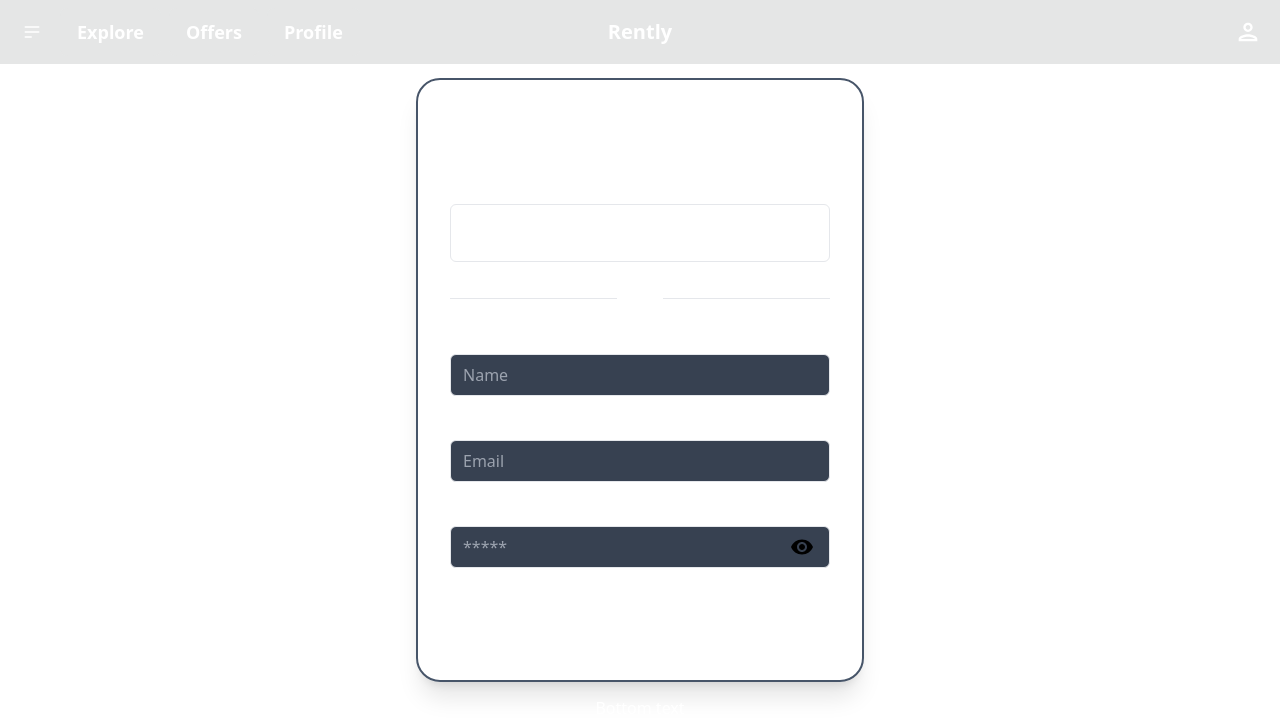
Repository: Vasil1001/rently-reactjs
Page: /register
An editor plug-in stored every save of this project. The page is shown before and after the next save, followed by the edit.
The browser window is 1280 px wide. The pictures show the whole page.
The project was rebuilt for these pictures with package versions that can differ from the ones it lists, and the page was loaded fresh each time. Also part of the build but not shown: vite.config.js, src/pages/auth/Login.jsx, src/pages/auth/ForgotPassword.jsx, src/pages/auth/Profile.jsx, src/pages/Explore.jsx, src/pages/Offers.jsx.

Above is the page before, as saved 2023-02-11 23:52:00.

### index.html
<!DOCTYPE html>
<html lang="en">
  <head>
    <meta charset="UTF-8" />
    <link rel="icon" type="image/svg+xml" href="./public/favicon.ico" />
    <meta name="viewport" content="width=device-width, initial-scale=1.0" />
    <title>Rently Marketplace</title>
  </head>
  <body>
    <div id="root"></div>
    <script type="module" src="/src/main.jsx"></script>
  </body>
</html>

### src/App.jsx
import "./index.css";
import Login from "./pages/auth/Login";
import { BrowserRouter as Router, Routes, Route } from "react-router-dom";
import ForgotPassword from "./pages/auth/ForgotPassword";
import Profile from "./pages/auth/Profile";
import Explore from "./pages/Explore";
import Offers from "./pages/Offers";
import Register from "./pages/auth/Register";
import Navbar from "./components/Navbar";
import { ToastContainer } from "react-toastify";
import "react-toastify/dist/ReactToastify.css";
function App() {
  return (
    <>
      <Router>
        <div className="flex flex-col min-h-screen items-center text-white justify-between dark:bg-[#1a1b1e]">
          <Navbar />

          <Routes>
            <Route path="/" element={<Explore />} />
            <Route path="/login" element={<Login />} />
            <Route path="/register" element={<Register />} />
            <Route path="/forgot-password" element={<ForgotPassword />} />
            <Route path="/profile" element={<Profile />} />
            <Route path="/offers" element={<Offers />} />
          </Routes>

          <div>Bottom text</div>
        </div>
      </Router>

      <ToastContainer
        position="top-center"
        autoClose={4500}
        hideProgressBar={false}
        newestOnTop={false}
        closeOnClick
        rtl={false}
        pauseOnFocusLoss
        draggable
        pauseOnHover
        theme="light"
      />
    </>
  );
}

export default App;

### src/index.css
@tailwind base;
@tailwind components;
@tailwind utilities;

body {
    background-color: (60,50,10);
}

### src/pages/auth/Register.jsx
import React, { useState } from "react";
import { Link, useNavigate } from "react-router-dom";
import visibilityIcon from "../../assets/svg/visibilityIcon.svg";
import {
  getAuth,
  createUserWithEmailAndPassword,
  updateProfile,
} from "firebase/auth";
import { db } from "../../firebase.config";
import { setDoc, serverTimestamp } from "firebase/firestore";
import { toast } from 'react-toastify'

export default function Register() {
  const [showPassword, setShowPassword] = useState(false);
  const [formData, setFormData] = useState({
    name: "",
    email: "",
    password: "",
  });
  const { name, email, password } = formData;
  const navigate = useNavigate();
  const onChange = (e) => {
    setFormData(() => ({
      ...formData,
      [e.target.id]: e.target.value,
    }));
  };

  const onSubmit = async (e) => {
    e.preventDefault()

    try {
      const auth = getAuth()

      const userCredential = await createUserWithEmailAndPassword(
        auth,
        email,
        password
      )

      const user = userCredential.user

      updateProfile(auth.currentUser, {
        displayName: name,
      })

      const formDataCopy = { ...formData }
      delete formDataCopy.password
      formDataCopy.timestamp = serverTimestamp()
      navigate('/')
      await setDoc(doc(db, 'users', user.uid), formDataCopy)


    } catch (error) {
      toast.error("Something went wrong with registration")
    }
  }

  return (
    <div className="w-full max-w-md p-4 rounded-3xl border-2 border-slate-600 shadow-xl  sm:p-8 dark:bg-base-300 dark:text-gray-100">
      <h2 className="mb-3 text-3xl font-semibold text-center">Sign up</h2>
      <p className="text-sm text-center dark:text-gray-300">
        Already have an account?&nbsp;&nbsp;&nbsp;
        <Link to="/login">
          <span className="focus:underline hover:underline ">Sign in here</span>
        </Link>
      </p>

      <div className="my-6 space-y-4">
        <button
          aria-label="Login with Google"
          type="button"
          className="flex items-center justify-center hover:bg-[#1e2d58] w-full p-4 space-x-4 border rounded-md focus:ring-2 focus:ring-offset-1 dark:border-gray-400 focus:ring-violet-400"
        >
          <svg
            xmlns="http://www.w3.org/2000/svg"
            viewBox="0 0 32 32"
            className="w-5 h-5 fill-current"
          >
            <path d="M16.318 13.714v5.484h9.078c-0.37 2.354-2.745 6.901-9.078 6.901-5.458 0-9.917-4.521-9.917-10.099s4.458-10.099 9.917-10.099c3.109 0 5.193 1.318 6.38 2.464l4.339-4.182c-2.786-2.599-6.396-4.182-10.719-4.182-8.844 0-16 7.151-16 16s7.156 16 16 16c9.234 0 15.365-6.49 15.365-15.635 0-1.052-0.115-1.854-0.255-2.651z"></path>
          </svg>
          <p>Sign up with Google</p>
        </button>
      </div>

      <div className="flex items-center w-full my-4">
        <hr className="w-full dark:text-gray-400" />
        <p className="px-3 dark:text-gray-400">OR</p>
        <hr className="w-full dark:text-gray-400" />
      </div>

      <form
        onSubmit={onSubmit}
        className="space-y-8 ng-untouched ng-pristine ng-valid"
      >
        <div className="space-y-4">
          <div className="space-y-2">
            <label htmlFor="name" className="block text-sm">
              Name
            </label>
            <input
              type="text"
              id="name"
              placeholder="Name"
              value={name}
              onChange={onChange}
              className="w-full px-3 py-2 border rounded-md dark:border-gray-700  dark:text-gray-100 focus:dark:border-violet-400 bg-gray-700 hover:bg-gray-600"
            />
          </div>
          <div className="space-y-2">
            <label htmlFor="email" className="block text-sm">
              Email address
            </label>
            <input
              type="email"
              id="email"
              placeholder="Email"
              value={email}
              onChange={onChange}
              className="w-full px-3 py-2 border rounded-md dark:border-gray-700  dark:text-gray-100 focus:dark:border-violet-400 bg-gray-700 hover:bg-gray-600"
            />
          </div>

          <div className="space-y-2 relative">
            <div className="flex justify-between">
              <label htmlFor="password" className="text-sm">
                Password
              </label>
            </div>
            <div className="flex ">
              <input
                type={showPassword ? "text" : "password"}
                id="password"
                placeholder="*****"
                value={password}
                onChange={onChange}
                className="w-full px-3 py-2 border rounded-md dark:border-gray-700 dark:text-gray-100 focus:dark:border-violet-400 bg-gray-700 hover:bg-gray-600"
              ></input>
              <div className="absolute inset-y-0 right-0 pr-4 pt-7 flex items-center text-sm leading-5">
                <img
                  src={visibilityIcon}
                  alt="show password"
                  className="showPassword fill-cyan-500 pointer fill-white cursor-pointer"
                  onClick={() => setShowPassword((prevState) => !prevState)}
                />
              </div>
            </div>
          </div>
        </div>
        <button
          className="w-full px-8 py-3 font-semibold rounded-md text-white dark:bg-[#ed3975] dark:text-gray-900 hover:bg-[#ee7bf8]"
        >
          Sign up
        </button>
      </form>

      <div>
        <header></header>
      </div>
    </div>
  );
}

### src/components/Navbar.jsx
import React from "react";
import { useNavigate, useLocation } from "react-router-dom";
import { ReactComponent as OfferIcon } from "../assets/svg/localOfferIcon.svg";
import { ReactComponent as ExploreIcon } from "../assets/svg/exploreIcon.svg";
import { ReactComponent as PersonOutlineIcon } from "../assets/svg/personOutlineIcon.svg";

export default function Navbar() {
  const navigate = useNavigate();
  const location = useLocation();

  const pathMatchRoute = (route) => {
    if (route === location.pathname) return true;
  };

  return (
    <div className="navbar bg-base-300">
      <div className="navbar-start">
        <div className="dropdown ">
          <label tabIndex={0} className="btn btn-ghost btn-circle">
            <svg
              xmlns="http://www.w3.org/2000/svg"
              className="h-5 w-5"
              fill="none"
              viewBox="0 0 24 24"
              stroke="currentColor"
            >
              <path
                strokeLinecap="round"
                strokeLinejoin="round"
                strokeWidth="2"
                d="M4 6h16M4 12h16M4 18h7"
              />
            </svg>
          </label>
          <ul
            tabIndex={0}
            className="menu dropdown-content compact mt-3 p-2 shadow bg-base-100 rounded-box w-52"
          >
            <li>
              <a
                className={
                  pathMatchRoute("/")
                    ? "bg-[#2e5590] hover:bg-[#1b4584] mb-1"
                    : " mb-1 bg-base-300 hover:bg-[#3b414a] active:bg-[#2d4b73]"
                }
                onClick={() => navigate("/")}
              >
                <ExploreIcon
                  fill={pathMatchRoute("/") ? "#fec826" : "#9f9f9f"}
                  width="2em"
                  height="2em"
                />
                <p>Explore</p>
              </a>
            </li>
            <li>
              <a
                className={
                  pathMatchRoute("/offers")
                    ? "bg-[#2e5590] hover:bg-[#1b4584] my-1"
                    : " my-1 bg-base-300 hover:bg-[#3b414a] active:bg-[#2d4b73]"
                }
                onClick={() => navigate("/offers")}
              >
                <OfferIcon
                  fill={pathMatchRoute("/offers") ? "#fec826" : "#9f9f9f"}
                  width="2em"
                  height="2em"
                />
                Offers
              </a>
            </li>
            <li>
              <a
                className={
                  pathMatchRoute("/profile")
                    ? "bg-[#2e5590] hover:bg-[#1b4584] mt-1"
                    : "mt-1 bg-base-300 hover:bg-[#3b414a] active:bg-[#2d4b73]"
                }
                onClick={() => navigate("/profile")}
              >
                <PersonOutlineIcon
                  fill={pathMatchRoute("/profile") ? "#fec826" : "#9f9f9f"}
                  width="2em"
                  height="2em"
                />
                Profile
              </a>
            </li>
          </ul>
        </div>
        <a
          onClick={() => navigate("/")}
          className={
            pathMatchRoute("/")
              ? "bg-[#2e5590] hover:bg-[#1b4584] btn btn-link normal-case text-lg text-white mx-1 "
              : "mx-1 bg-base-300 btn btn-ghost normal-case text-lg"
          }
        >
          Explore
        </a>
        <a
          onClick={() => navigate("/offers")}
          className={
            pathMatchRoute("/offers")
              ? "bg-[#2e5590] hover:bg-[#1b4584] btn btn-link normal-case text-lg text-white mx-1 "
              : "mx-1 bg-base-300 btn btn-ghost normal-case text-lg"
          }
        >
          Offers
        </a>
        <a
          onClick={() => navigate("/profile")}
          className={
            pathMatchRoute("/profile")
              ? "bg-[#2e5590] hover:bg-[#1b4584] btn btn-link normal-case text-lg text-white mx-1 "
              : "mx-1 bg-base-300 btn btn-ghost normal-case text-lg"
          }
        >
          Profile
        </a>
      </div>

      <div className="navbar-center">
        <a className="btn btn-ghost normal-case text-xl">
          <strong>Rently</strong>
        </a>
      </div>
      <div className="navbar-end">
        <div className="dropdown dropdown-end">
          <label tabIndex={0} className="btn btn-ghost btn-circle avatar">
            <PersonOutlineIcon fill="white" width="2em" height="2em" />
          </label>
          <ul
            tabIndex={0}
            className="menu menu-compact dropdown-content mt-3 p-2 shadow bg-base-100 rounded-box w-52"
          >
            <li>
              <a
                className={
                  pathMatchRoute("/register")
                    ? "bg-[#2e5590] hover:bg-[#1b4584] mb-1"
                    : " mb-1 bg-base-300 hover:bg-[#3b414a] active:bg-[#2d4b73]"
                }
                onClick={() => navigate("/register")}
              >
                Register
              </a>
            </li>
            <li>
              <a
                className={
                  pathMatchRoute("/login")
                    ? "bg-[#2e5590] hover:bg-[#1b4584] my-1"
                    : " my-1 bg-base-300 hover:bg-[#3b414a] active:bg-[#2d4b73]"
                }
                onClick={() => navigate("/login")}
              >
                Login
              </a>
            </li>
            <li>
              <a
                className={
                  pathMatchRoute("/")
                    ? "bg-[#2e5590] hover:bg-[#1b4584] mt-1"
                    : " mt-1 bg-base-300 hover:bg-[#3b414a] active:bg-[#7e3838]"
                }
                onClick={() => navigate("/login")}
              >
                Logout
              </a>
            </li>
          </ul>
        </div>
      </div>
    </div>
  );
}

### src/firebase.config.jsx
// Import the functions you need from the SDKs you need
import { initializeApp } from "firebase/app";
// import { getAnalytics } from "firebase/analytics";
import { getFirestore } from "firebase/firestore"

const firebaseConfig = {
    apiKey: "AIzaSyAIVn3kGeBt8L8yVkdDgL3cKMAAQIxw_N4",
    authDomain: "rently-marketplace-react.firebaseapp.com",
    projectId: "rently-marketplace-react",
    storageBucket: "rently-marketplace-react.appspot.com",
    messagingSenderId: "586946782621",
    appId: "1:586946782621:web:f4f56399609b56f777bb74",
    measurementId: "G-BGCV802MTT"
};

// Initialize Firebase
const app = initializeApp(firebaseConfig);
// const analytics = getAnalytics(app);

export const db = getFirestore()

### tailwind.config.cjs
/** @type {import('tailwindcss').Config} */
module.exports = {
  content: [
    "./index.html",
    "./src/**/*.{js,ts,jsx,tsx}",
  ],
  theme: {
    extend: {},
  },
  plugins: [
    require("daisyui"),
  ],
}

Loaded but not shown: src/main.jsx (common file)

After the next save:
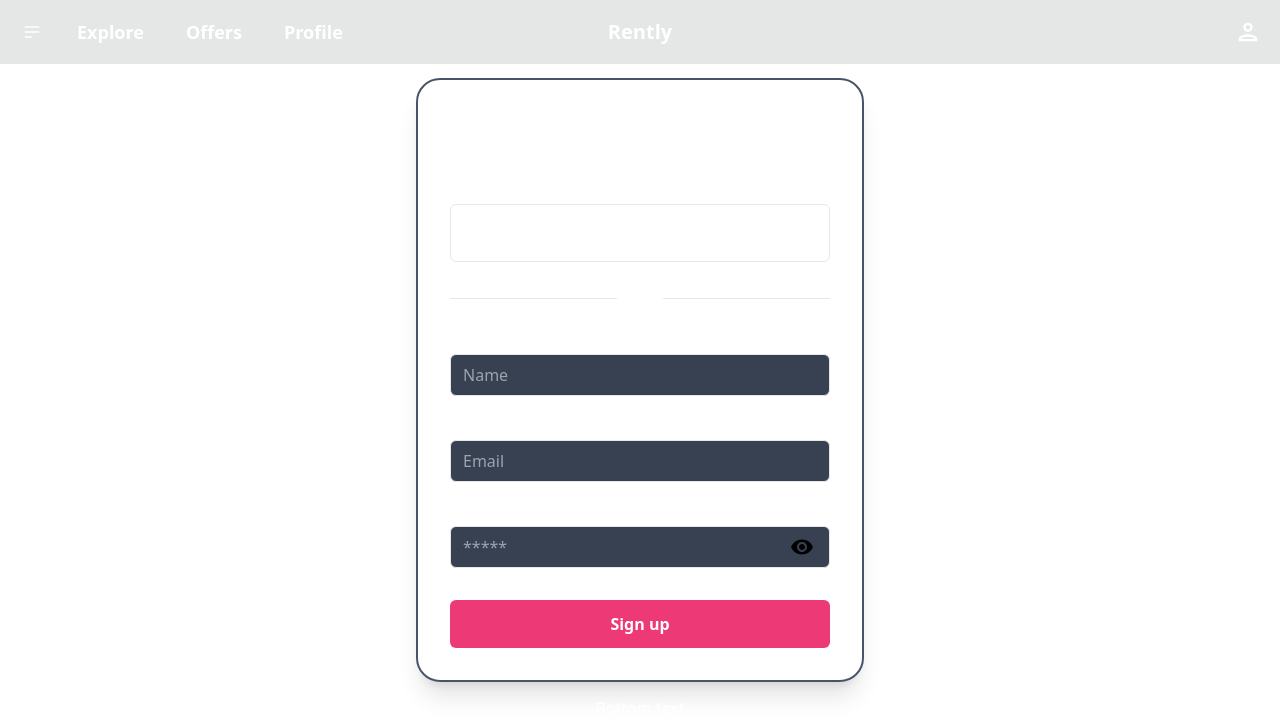
Saved 12 s later.
--- a/src/pages/auth/Register.jsx
+++ b/src/pages/auth/Register.jsx
@@ -148,7 +148,7 @@
           </div>
         </div>
         <button
-          className="w-full px-8 py-3 font-semibold rounded-md text-white dark:bg-[#ed3975] dark:text-gray-900 hover:bg-[#ee7bf8]"
+          className="w-full px-8 py-3 font-semibold rounded-md text-white bg-[#ed3975] dark:text-gray-900 hover:bg-[#ee7bf8]"
         >
           Sign up
         </button>
